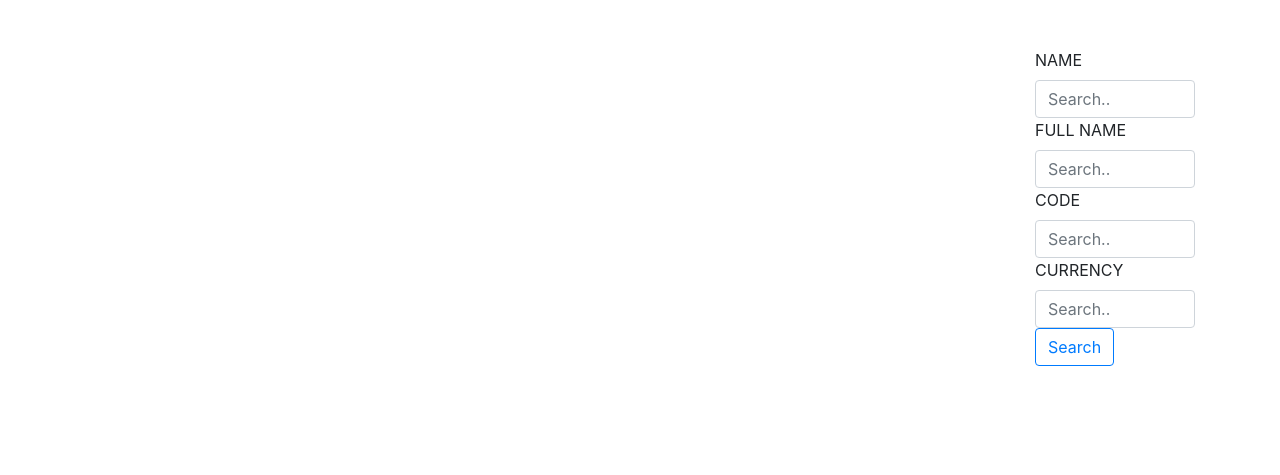
Repository: mdtahsinamin/react-intensip-task
Page: /home
These files come from the project's save history. The page is drawn as it stood at one moment and after the next save; the edit follows.
The browser window is 1280 px wide. The pictures show the whole page.
The page's requests for data from a server got no answer. The project was rebuilt for these pictures with package versions that can differ from the ones it lists, and the page was loaded fresh each time. No one was signed in, and anything a server would have sent is missing. Also part of the build but not shown: src/components/Home/Countries.js.

Above is the page before, as saved 2021-01-22 21:06:03.

### src/App.js
import { lazy, Suspense } from "react";
import {
  BrowserRouter as Router,
  Switch,
  Route,
} from "react-router-dom";
function App() {
  return (
    <Suspense fallback={<div>Loading...</div>}>
       <Router>
          <Switch>
              <Route path='/home'
              component={
                 lazy(()=>import("./components/Home/Home"))
              }/>
              <Route exact path='/'
              component={
                 lazy(()=>import("./components/Home/Home"))
              }/>
          </Switch>
      </Router>
    </Suspense>
  );
}

export default App;

### src/components/Home/Home.js
import React, { useEffect } from 'react';
import { useState } from 'react';
import { Button, Col, Container, Row } from 'react-bootstrap';
import Countries from './Countries';
import loader from '../../images/loader.gif';
const Home = () => {
    const [countries,setCountries] = useState([]);
    const [name,setName] = useState('');
    const [filterCountries,setFilterCountries] = useState([]);

    useEffect(() =>{
         fetch(`https://restcountries.eu/rest/v2/all`)
         .then(response => response.json())
         .then(data => setCountries(data))
      },[]);

    useEffect(() =>{
        setFilterCountries(
            countries.filter(country =>
                country.name.toLowerCase().includes(name.toLowerCase())
            )
        )
    },[name,countries])

    return (
        <Container className='py-5'>
           <Row>
               <Col md={10}>
                   <Row>
                      {
                        filterCountries.map((country,index)=> <Countries
                        key={index}
                        country={country}/>)
                      }
                   </Row>
               </Col>
               <Col md={2}>
               <div>
                <label>NAME</label>
                <input
                    type="text"
                    className="form-control "
                    name="name"
                    placeholder="Search.."
                    onChange={(e)=>setName(e.target.value)}
                />
                <label>FULL NAME</label>
                <input
                    type="text"
                    className="form-control "
                    name="fullName"
                    placeholder="Search.."
                    onChange={(e)=>setName(e.target.value)}
                />
                <label>CODE</label>
                <input
                    type="text"
                    className="form-control "
                    name="code"
                    placeholder="Search.."
                    onChange={(e)=>setName(e.target.value)}
                />
                <label>CURRENCY</label>
                <input
                    type="text"
                    className="form-control "
                    name="currency"
                    placeholder="Search.."
                    onChange={(e)=>setName(e.target.value)}
                />

                <Button variant="outline-primary">Search</Button>
               </div>
               </Col>
           </Row>
        </Container>
    );
};


export default Home;

/*
 <div className='d-flex justify-content-center align-content-center mb-3'>
                <input
                type="text"
                className="form-control w-25 p-2 mr-2"
                name="search"
                placeholder="Search.."
                onChange={(e)=>setName(e.target.value)}
                />
                <Button variant="outline-primary">Search</Button>
            </div>



*/

Loaded but not shown: public/index.html (common file); src/index.js (common file); src/index.css (common file); src/reportWebVitals.js (common file)

After the next save:
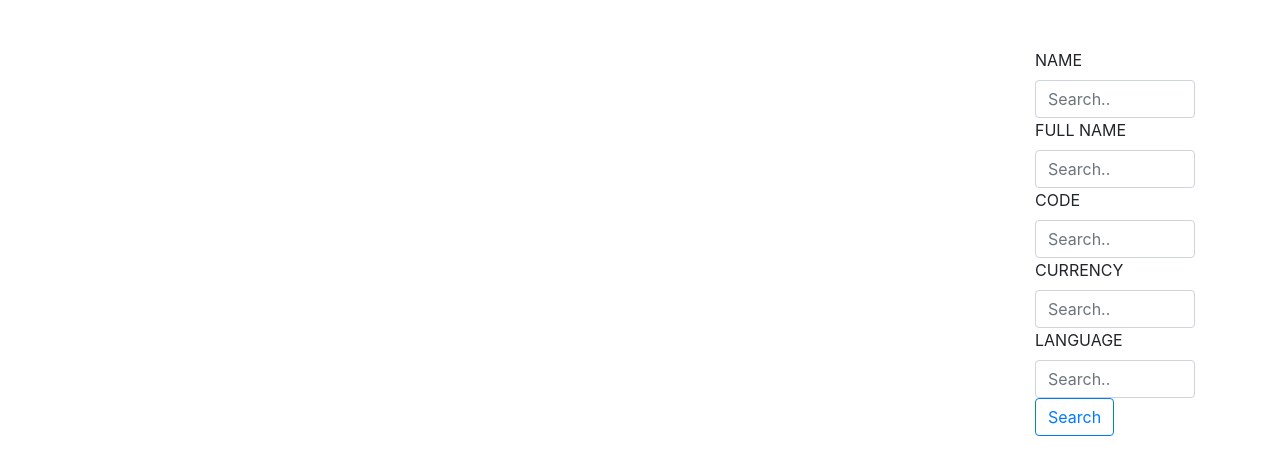
Saved 35 s later.
--- a/src/components/Home/Home.js
+++ b/src/components/Home/Home.js
@@ -68,6 +68,14 @@ const Home = () => {
                     placeholder="Search.."
                     onChange={(e)=>setName(e.target.value)}
                 />
+                <label>LANGUAGE</label>
+                <input
+                    type="text"
+                    className="form-control "
+                    name="language"
+                    placeholder="Search.."
+                    onChange={(e)=>setName(e.target.value)}
+                />
 
                 <Button variant="outline-primary">Search</Button>
                </div>
